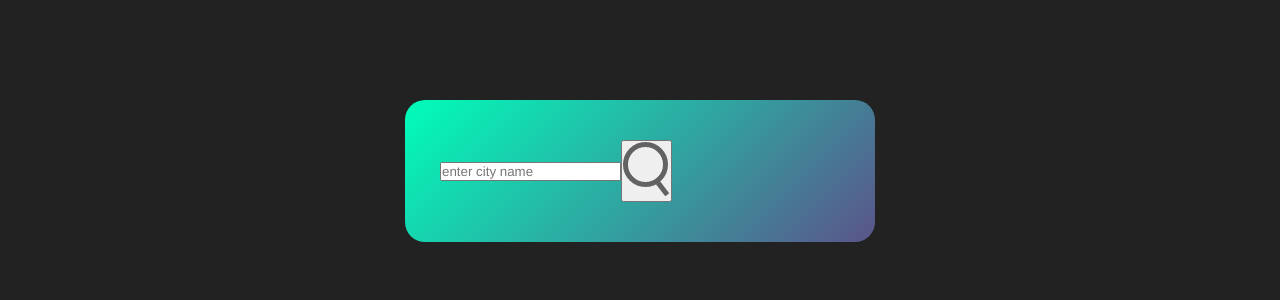
Repository: sodmaq/weatherApp
Page: index.html
An editor plug-in stored every save of this project. The page is shown before and after a run of saves, followed by the edit.
The browser window is 1280 px wide. The pictures show the whole page.

Above is the page before, as saved 2023-06-24 22:03:36.

### index.html
<!DOCTYPE html>
<html lang="en">
  <head>
    <meta charset="UTF-8" />
    <meta name="viewport" content="width=device-width, initial-scale=1.0" />
    <link rel="stylesheet" href="style.css">
    <title>Weather App</title>
  </head>
  <body>
    <div class="card">
      <div class="search">
        <input type="text" placeholder="enter city name" spellcheck="false" />
        <button><img src="images/search.png" alt="search_icon"></button>
      </div>
    </div>
  </body>
</html>

### style.css
* {
  margin: 0;
  padding: 0;
  font-family: "Franklin Gothic Medium", "Arial Narrow", Arial, sans-serif;
  box-sizing: border-box;
}
body {
  background-color: #222;
}

.card {
  width: 90%;
  max-width: 470px;
  background: linear-gradient(135deg,#00feba, #5b548a);
  color: #fff;
  margin: 100px auto 0;
  border-radius: 20px;
  padding: 40px 35px;
  text-align: center;
}
.search{
    width: 100%;
    display: flex;
    align-items: center;
    just
}

After the next 2 saves:
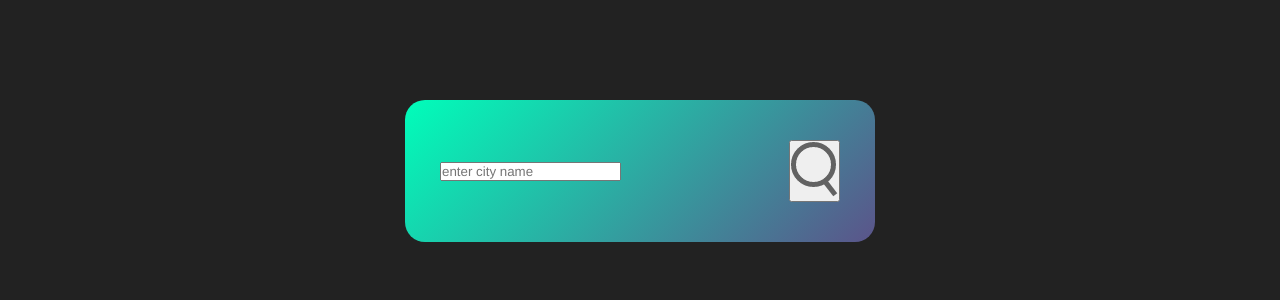
The 2 saves are shown as one change because they came seconds apart.
The last was saved 7 s later.
--- a/style.css
+++ b/style.css
@@ -22,5 +22,5 @@ body {
     width: 100%;
     display: flex;
     align-items: center;
-    just
+    justify-content: space-between;
 }
